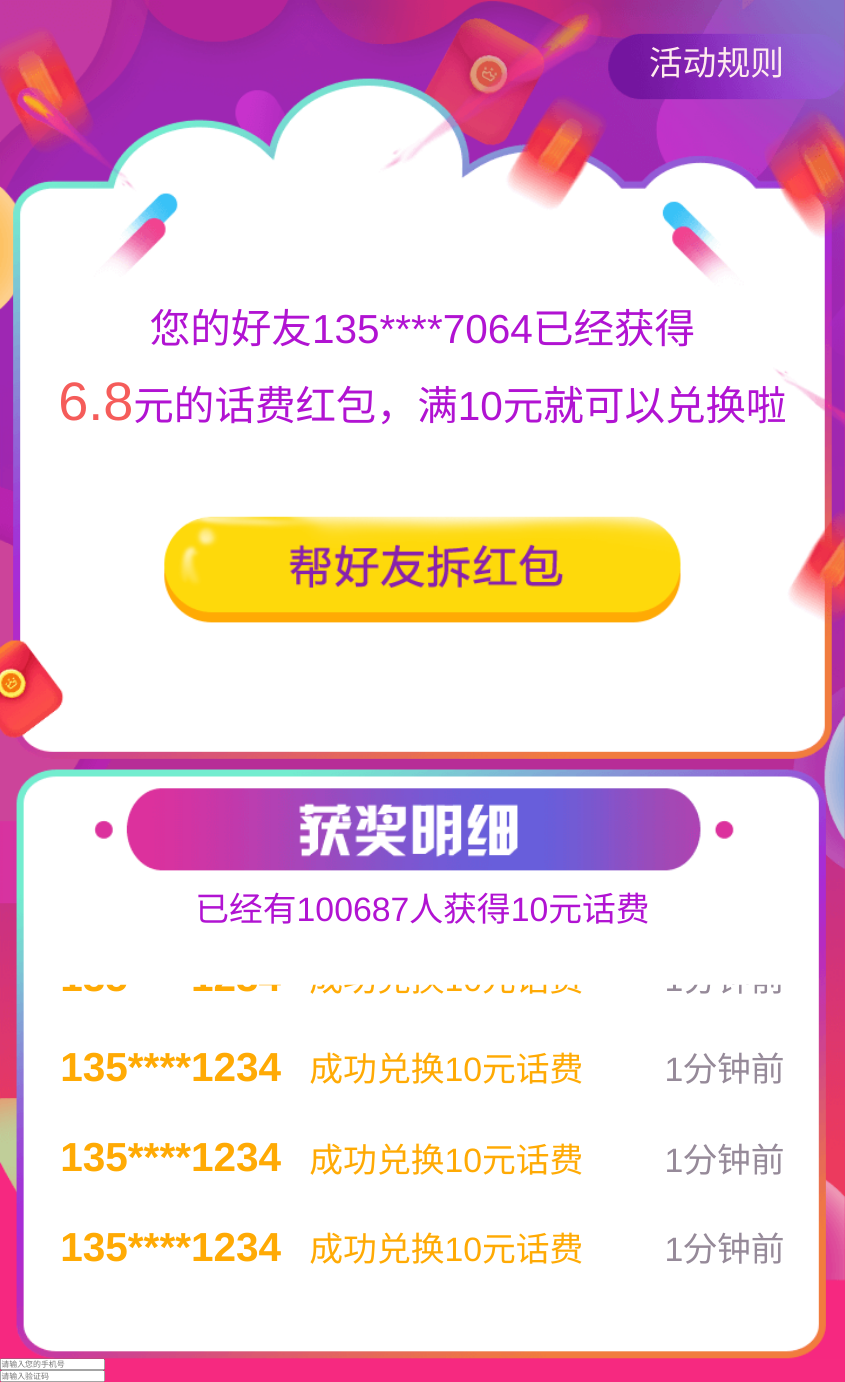
Repository: wangbiaozy/hb
Page: index_hjmx.html
The author's editor kept a copy of each file at every save. The page is drawn from the files as they stood at one save, then again after the next save.
The browser window is 1280 px wide. The pictures show the whole page, at 66% of full size.

Above is the page before, as saved 2018-08-17 09:54:14.

After the next save:
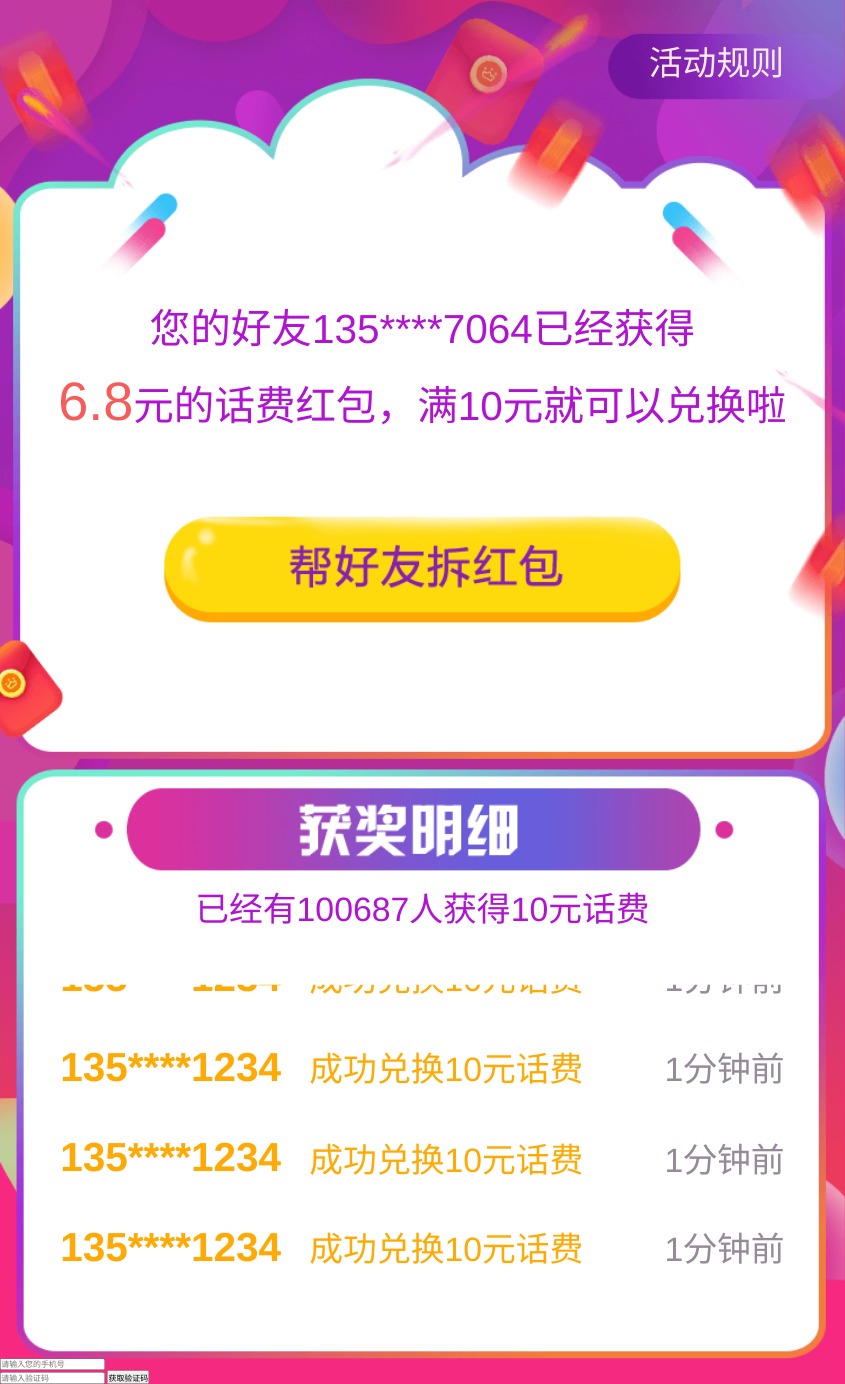
Saved 22 s later.
--- a/index_hjmx.html
+++ b/index_hjmx.html
@@ -52,6 +52,7 @@
         <div>
             <span></span>
             <input type="text" placeholder="请输入验证码">
+            <input type="button" value="获取验证码">
         </div>
     </section>
     <!-- 活动规则弹窗 -->
